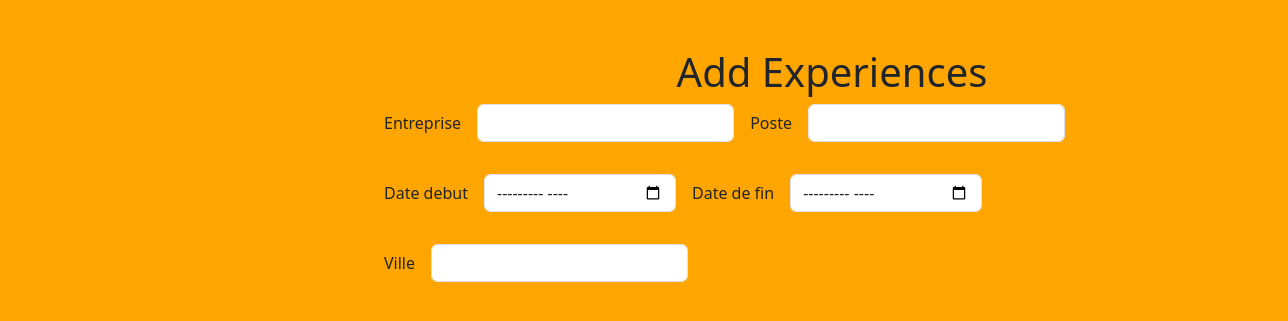
Repository: moAllElite/Examen-EJB-WEB-EAR
Page: http://localhost/SearchJobsWeb/views/exp_form_skills/addExp.jsp
The author's editor kept a copy of each file at every save. The page is drawn from the files as they stood at one save, then again after the next save.
The browser window is 1280 px wide. The page is 1288 px wide, so the pictures cover 1288 px, including what lies to the right of the window. The pictures show the whole page.
The page is served by Tomcat 9. Nobody is signed in. The application's start-up code is not run. Other server files are loaded and not shown.

Above is the page before, as saved 2023-03-25 22:34:38.

### SearchJobsWeb/src/main/webapp/views/exp_form_skills/addExp.jsp
<%@ page language="java" contentType="text/html; charset=ISO-8859-1"
    pageEncoding="ISO-8859-1"%>
<!DOCTYPE html>
<html>
<head>
<meta charset="ISO-8859-1">
<title>Experience</title>
</head>
<body>
	<h1 class="text-center mt-5">Add Experiences</h1>
	<form method="post" action="AddExperience">
		<jsp:include page="main.jsp"></jsp:include>
	</form>
</body>
</html>

### SearchJobsWeb/src/main/webapp/views/exp_form_skills/main.jsp
<%@ page language="java" contentType="text/html; charset=ISO-8859-1"
    pageEncoding="ISO-8859-1"%>
<!DOCTYPE html>
<html>
<head>
<meta charset="ISO-8859-1">
<title>Insert title here</title>
	 <link href="https://cdn.jsdelivr.net/npm/bootstrap@5.3.0-alpha1/dist/css/bootstrap.min.css" rel="stylesheet" integrity="sha384-GLhlTQ8iRABdZLl6O3oVMWSktQOp6b7In1Zl3/Jr59b6EGGoI1aFkw7cmDA6j6gD" crossorigin="anonymous">

	</head>
	<body  style="background-color: orange; margin-left: 30%;">
		<!-- Example Code -->

	    <div class="row g-3 align-items-center sm-5">
		      <div class="col-auto">
		        <label for="inputPassword6" class="col-form-label">Entreprise</label>
		      </div>
			      <div class="col-auto">
			        <input type="text"  class="form-control" name="societe" name="" aria-describedby="addon-wrapping">
			      </div>
			      <div class="col-auto">
			      <label for="inputPassword6" class="col-form-label">Poste</label>
			    </div>
			    <div class="col-auto">
			      <input type="text"  class="form-control" name="poste" required="required" aria-describedby="addon-wrapping">
			    </div>
		  	</div>
		  	<!-- Example Code -->

		    <div class="row g-3 align-items-center mt-3">
		      <div class="col-auto">
		        <label for="inputPassword6" class="col-form-label">Date debut</label>
		      </div>
		      <div class="col-auto">
		        <input type="month" name="datedb"  class="form-control" required="required"  aria-describedby="addon-wrapping">
		      </div>
		      <div class="col-auto">
		      <label for="inputPassword6" class="col-form-label">Date de fin</label>
		    </div>
		    <div class="col-auto">
		      <input type="month"  name="datefn" required="required" class="form-control"  aria-describedby="addon-wrapping">
		    </div>
		    <div class="row g-3 align-items-center mt-3">
		      <div class="col-auto">
		        <label for="inputPassword6" class="col-form-label">Ville</label>
		      </div>
		      <div class="col-auto">
		        <input type="text" name="ville"  class="form-control" required="required"  aria-describedby="addon-wrapping">
		      </div>
		      </div>
		  </div>

	  	<script src="https://cdn.jsdelivr.net/npm/@popperjs/core@2.11.6/dist/umd/popper.min.js" integrity="sha384-oBqDVmMz9ATKxIep9tiCxS/Z9fNfEXiDAYTujMAeBAsjFuCZSmKbSSUnQlmh/jp3" crossorigin="anonymous"></script>
		<script src="https://cdn.jsdelivr.net/npm/bootstrap@5.3.0-alpha1/dist/js/bootstrap.min.js" integrity="sha384-mQ93GR66B00ZXjt0YO5KlohRA5SY2XofN4zfuZxLkoj1gXtW8ANNCe9d5Y3eG5eD" crossorigin="anonymous"></script>

	</body>
</html>

After the next save:
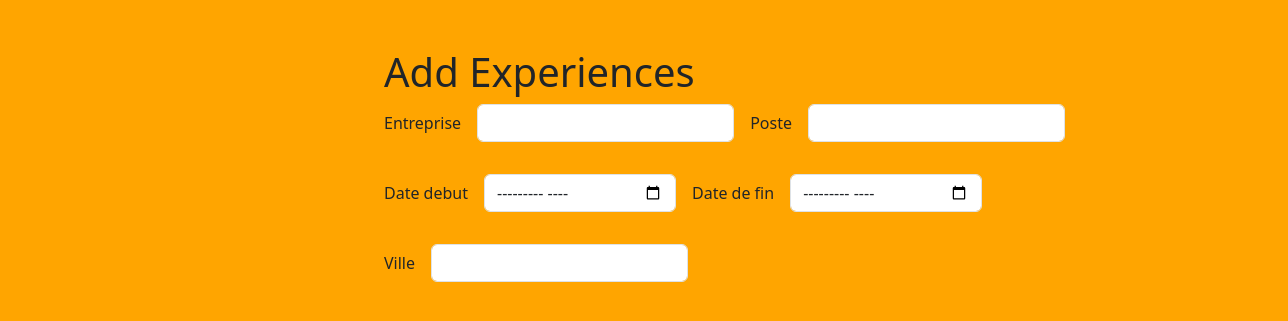
Saved 11 s later.
--- a/SearchJobsWeb/src/main/webapp/views/exp_form_skills/addExp.jsp
+++ b/SearchJobsWeb/src/main/webapp/views/exp_form_skills/addExp.jsp
@@ -7,7 +7,7 @@
 <title>Experience</title>
 </head>
 <body>
-	<h1 class="text-center mt-5">Add Experiences</h1>
+	<h1 class=" mt-5">Add Experiences</h1>
 	<form method="post" action="AddExperience">
 		<jsp:include page="main.jsp"></jsp:include>
 	</form>
